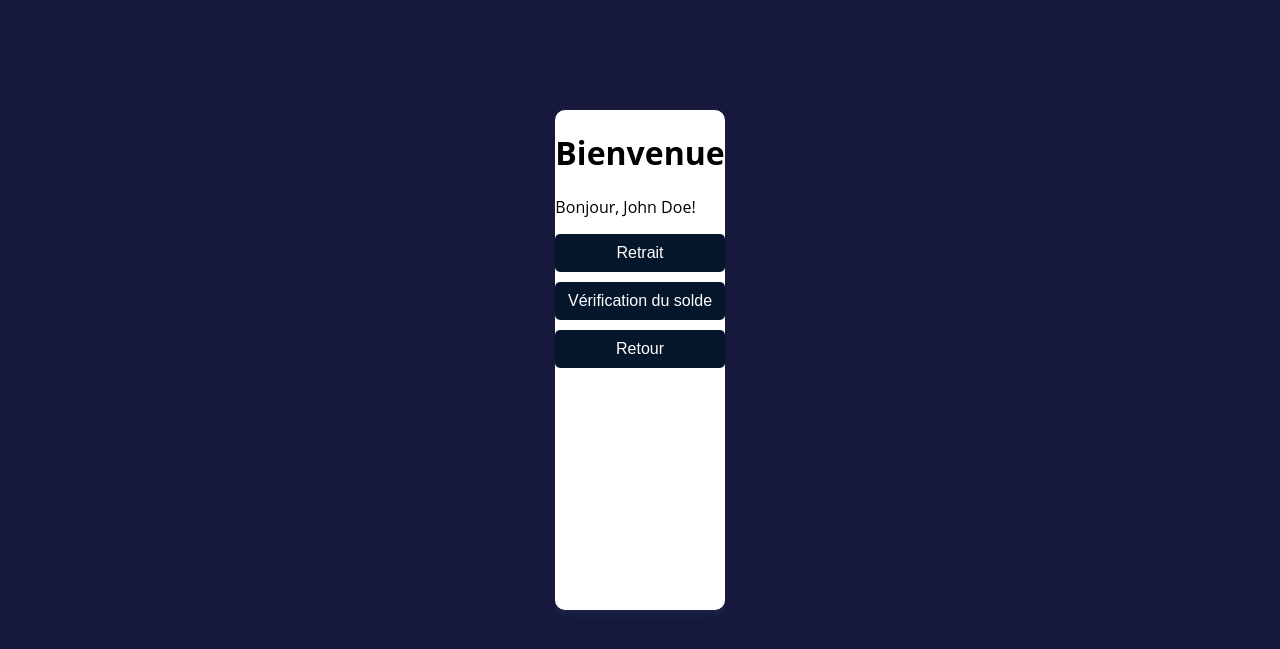
Repository: ndiawar/ProjetGab
Page: bienvenue.html
These files come from the project's save history. The page is drawn as it stood at one moment and after the next save; the edit follows.
The browser window is 1280 px wide. The pictures show the whole page.

Above is the page before, as saved 2024-08-07 19:40:19.
Console error: TypeError: Cannot read properties of null (reading 'addEventListener')

After the next save:
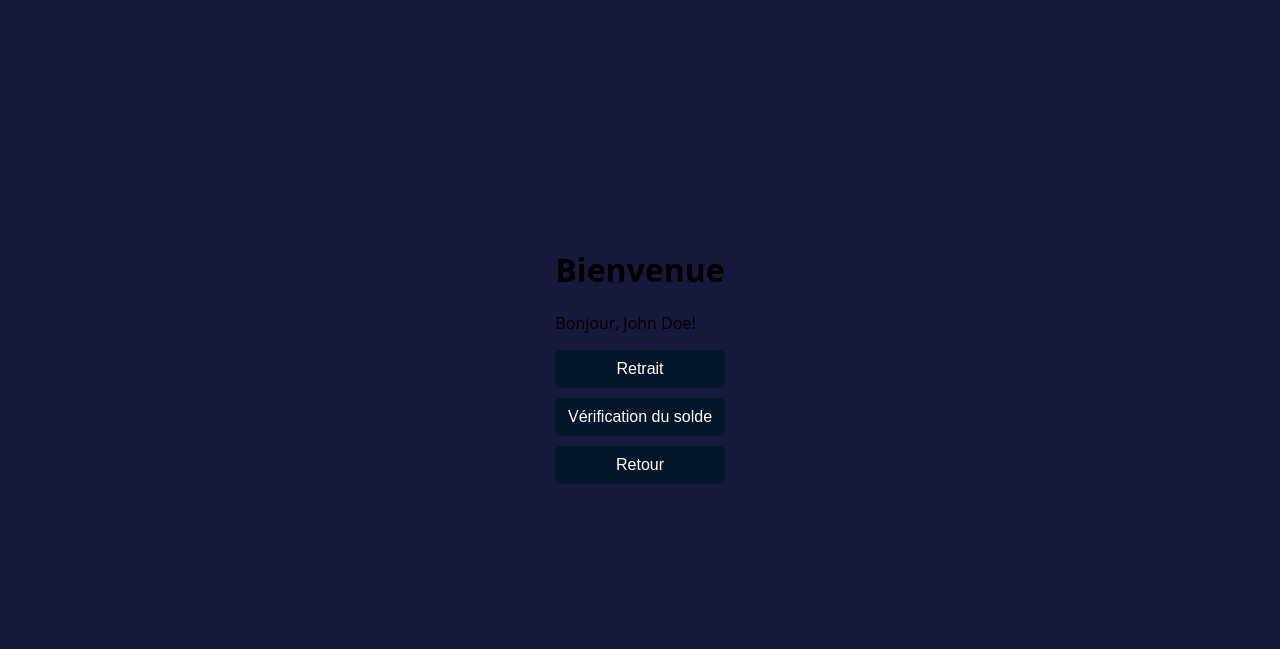
Saved 24 s later.
--- a/style.css
+++ b/style.css
@@ -161,16 +161,7 @@ button:hover {
 }
 
 /*Debut partie yaye*/
-.container {
-    display: block;
-    width: 100%;
-    max-width: 900px;
-    height: 500px;
-    background-color: var(--color-white);
-    box-shadow: 0 4px 8px rgba(101, 150, 214, 0.1);
-    border-radius: 10px;
-    overflow: hidden;
-}
+
 h1.bienvenue{
   font-size: 24px;
   margin-bottom: 10px;

After the save that followed:
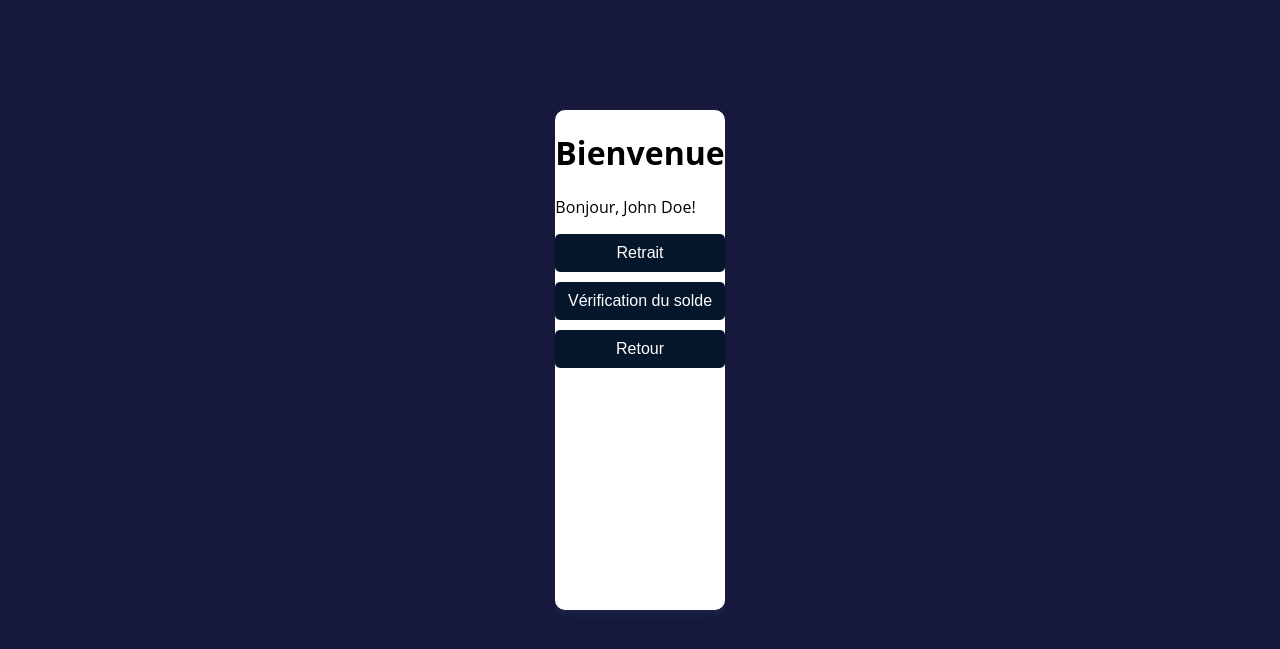
Saved 16 s later.
--- a/style.css
+++ b/style.css
@@ -70,7 +70,16 @@ body, html {
     border-radius: 10px;
     overflow: hidden;
 }
-
+.container {
+    display: block;
+    width: 100%;
+    max-width: 900px;
+    height: 500px;
+    background-color: var(--color-white);
+    box-shadow: 0 4px 8px rgba(101, 150, 214, 0.1);
+    border-radius: 10px;
+    overflow: hidden;
+}
 /* Style pour la section du formulaire de connexion */
 .login-form {
     flex: 1;
